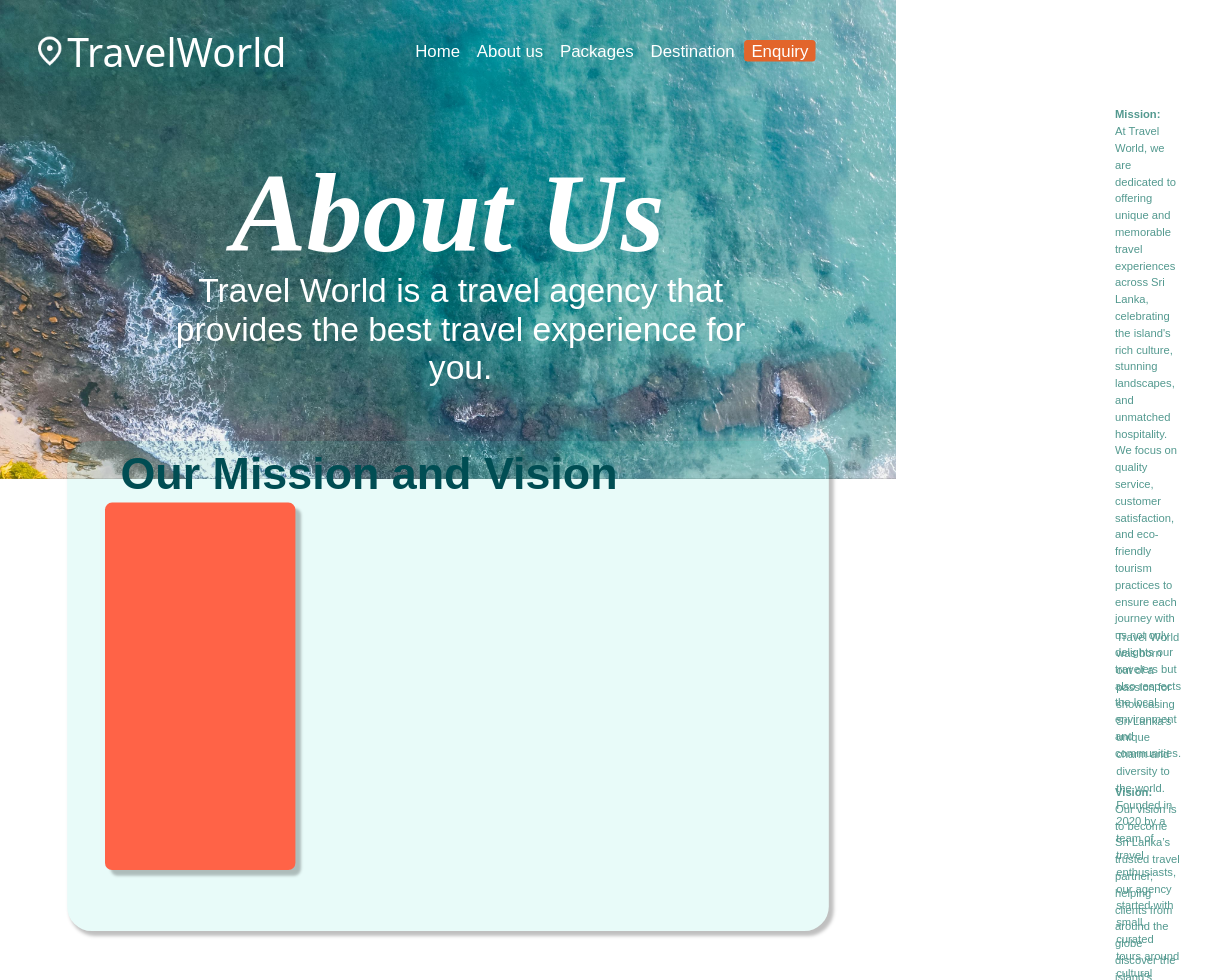
Repository: Haakim19/TavelWorld
Page: HTML/Aboutus.html
An editor plug-in stored every save of this project. The page is shown before and after the next save, followed by the edit.
The browser window is 1280 px wide. The page is 1730 px wide, then 1280 px, so the pictures cover 1730 px, including what lies to the right of the window. The pictures show the part of the page from y = 0 to 1400 px (the page is 5265 px tall), at 70% of full size.
Some web fonts or font styles are not loaded; a fallback is used.

Above is the page before, as saved 2024-11-03 16:03:16.

After the next save:
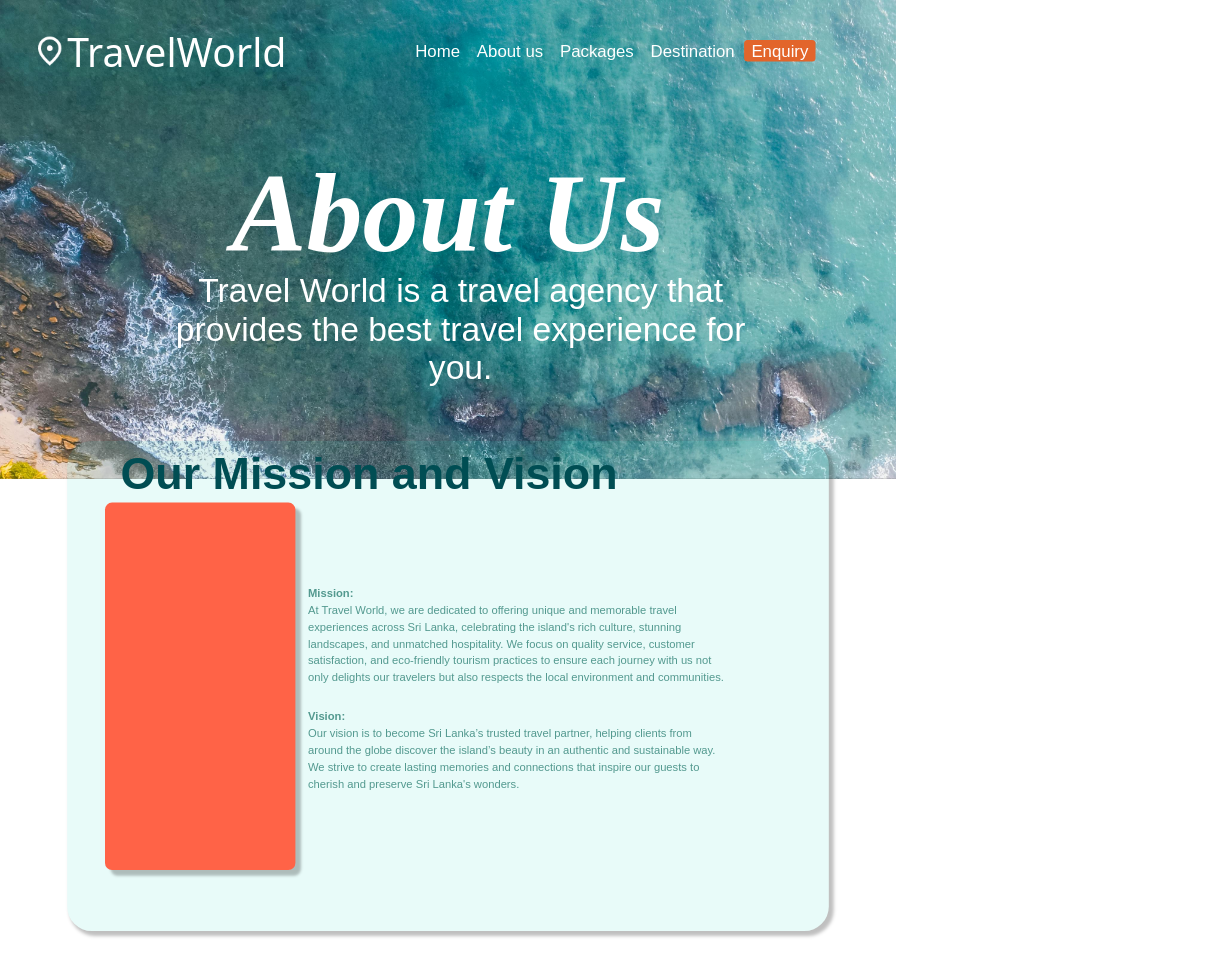
Saved 5 s later.
--- a/CSS/Aboutus.css
+++ b/CSS/Aboutus.css
@@ -109,7 +109,7 @@
 .cont1  section p{
     color: #53998F;
     font-family: "Jaldi", sans-serif;
-    padding-left: 2000px;
+    padding-left: 200px;
     line-height: 1.5rem;
     max-width: 600px;
     display: flex;
